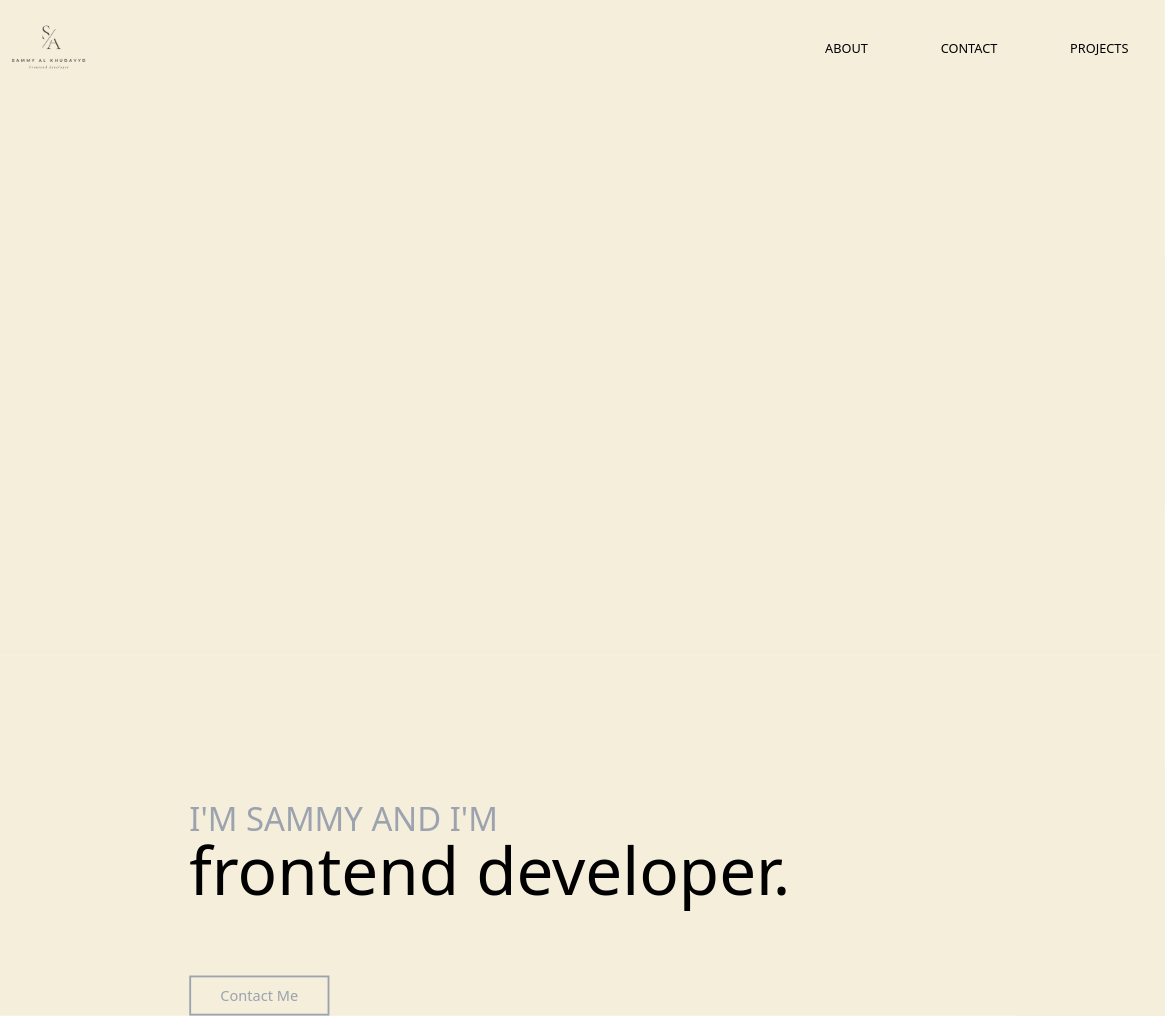
Repository: Al123Kudayyd/myportfolio
Page: /
An editor plug-in stored every save of this project. The page is shown before and after the next save, followed by the edit.
The browser window is 1280 px wide. The pictures show the whole page, at 91% of full size.
The project was rebuilt for these pictures with package versions that can differ from the ones it lists, and the page was loaded fresh each time.

Above is the page before, as saved 2024-02-20 09:39:40.

After the next save:
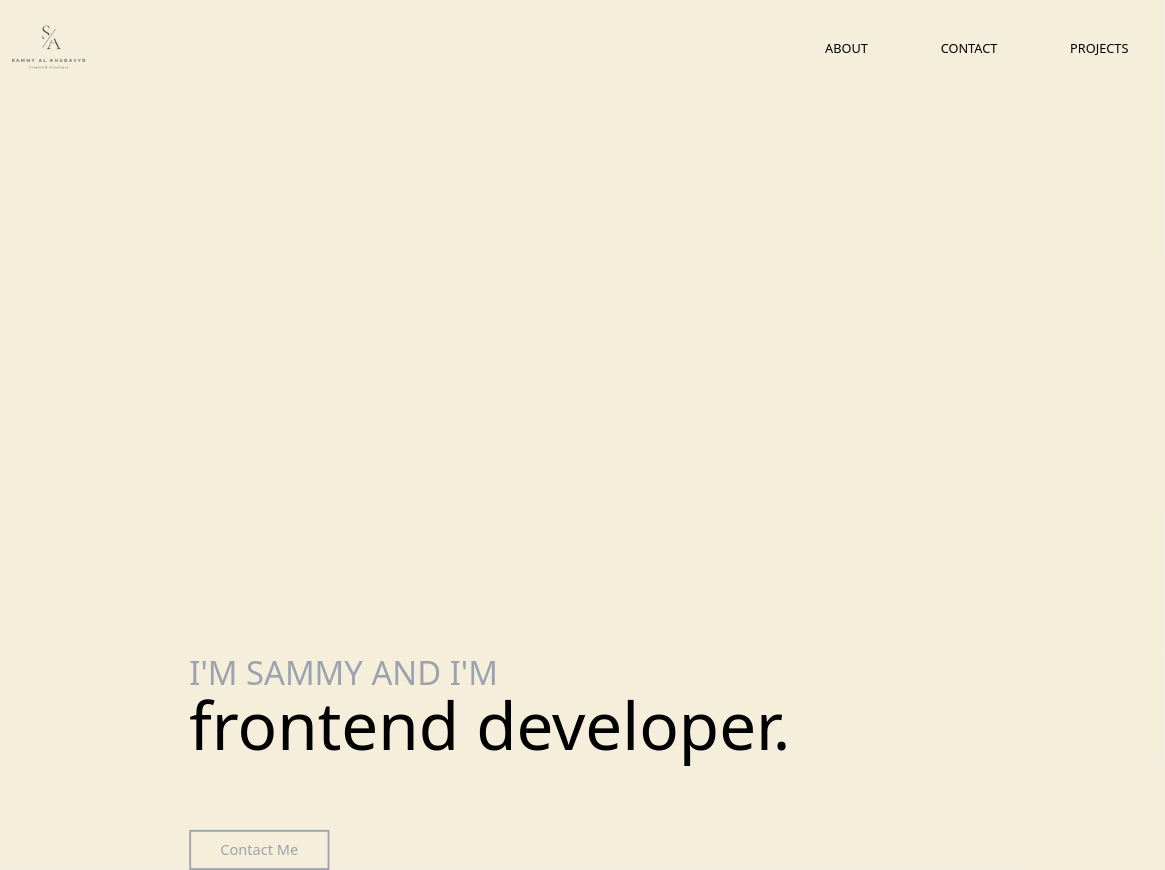
Saved 27 s later.
--- a/src/components/Main.jsx
+++ b/src/components/Main.jsx
@@ -3,7 +3,7 @@
 
 function Main() {
   return (
-    <div className='bg-[#f4eedb] pl-52 pt-40 h-max'>
+    <div className='bg-[#f4eedb] pl-52  h-max'>
         <div className=''>
             <h1 className=''><span className='text-gray-400 font-extralight text-4xl'>I'M SAMMY AND I'M</span>
             <br /><span className='text-7xl'>frontend developer.</span></h1>

After the 4 saves that followed:
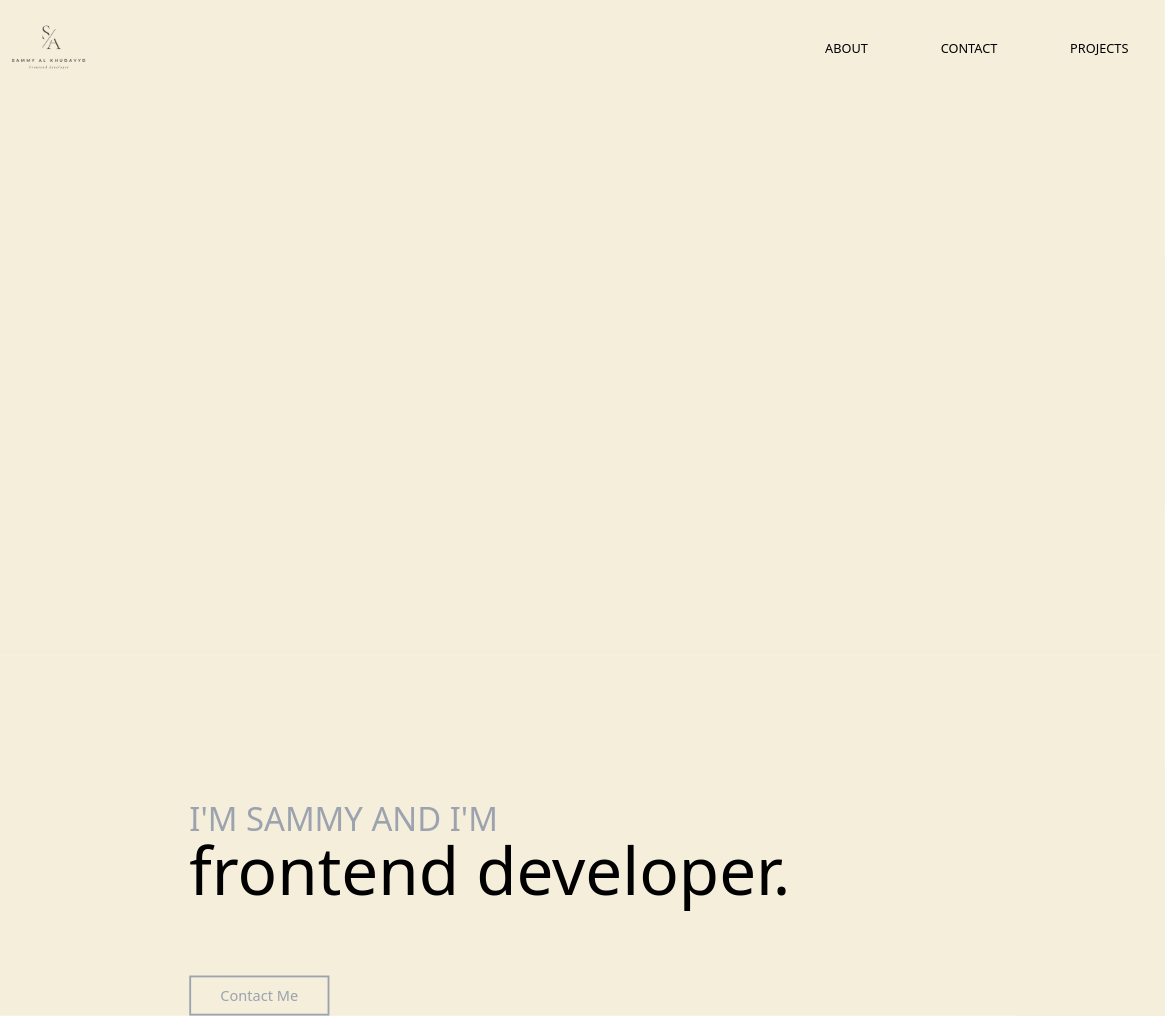
The 4 saves are shown as one change because 2 left the picture as it was and some came seconds apart.
The last was saved 26 s later.
--- a/src/components/Main.jsx
+++ b/src/components/Main.jsx
@@ -3,7 +3,7 @@
 
 function Main() {
   return (
-    <div className='bg-[#f4eedb] pl-52  h-max'>
+    <div className='bg-[#f4eedb] pl-52 pt-40 h-max'>
         <div className=''>
             <h1 className=''><span className='text-gray-400 font-extralight text-4xl'>I'M SAMMY AND I'M</span>
             <br /><span className='text-7xl'>frontend developer.</span></h1>
